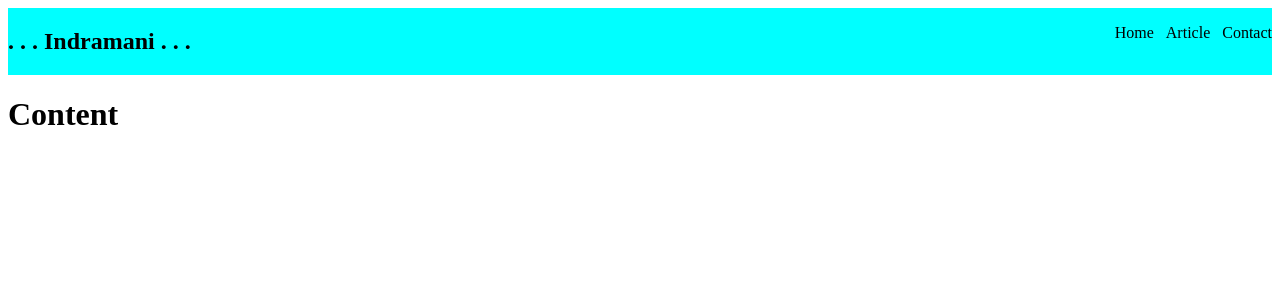
Repository: indramani7271/Indramani-First
Page: /
The author's editor kept a copy of each file at every save. The page is drawn from the files as they stood at one save, then again after the next save.
The browser window is 1280 px wide. The pictures show the whole page.
The project was rebuilt for these pictures with package versions that can differ from the ones it lists, and the page was loaded fresh each time. Also part of the build but not shown: vite.config.js, src/index.css.

Above is the page before, as saved 2024-12-02 17:19:10.

After the next save:
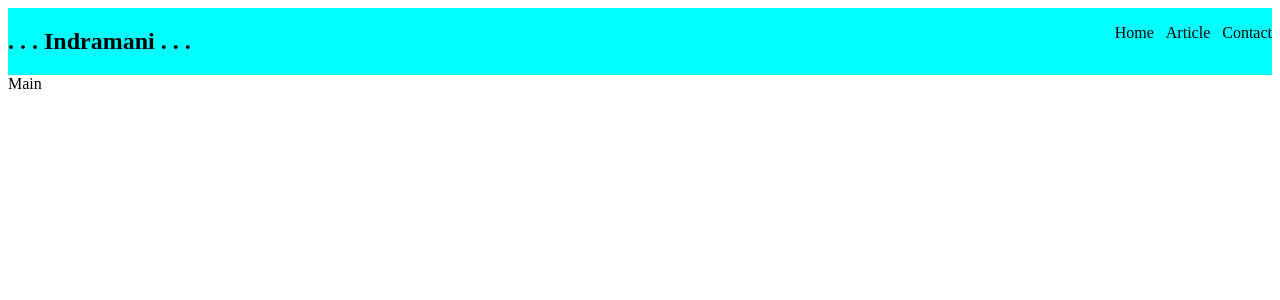
Saved 12 s later.
--- a/src/App.jsx
+++ b/src/App.jsx
@@ -1,3 +1,4 @@
+import Main from "./Component/Main";
 import Navbar from "./Component/Navbar";
 
 function App() {
@@ -8,7 +9,7 @@ function App() {
 
 <Navbar />
 
-      <h1>Content</h1>
+<Main/>
     </div>
   )
 
